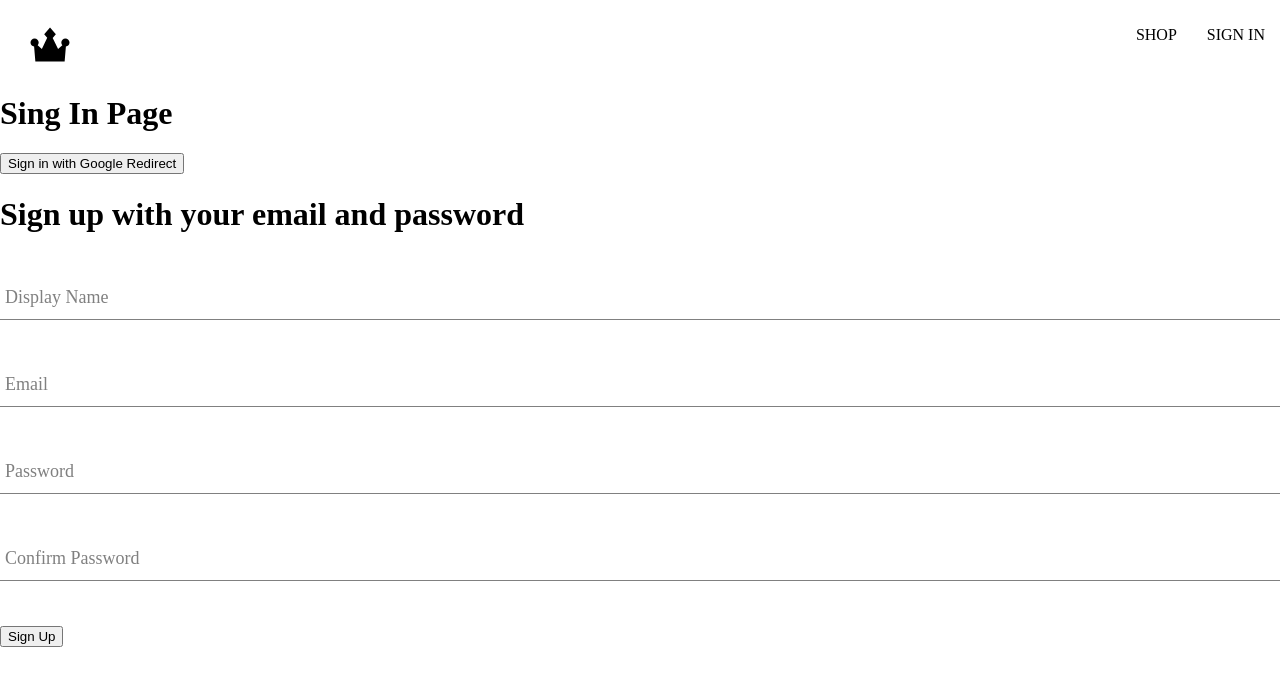
Repository: Chadi2000/crwn-clothing
Page: /signIn
These files come from the project's save history. The page is drawn as it stood at one moment and after a run of saves; the edit follows.
The browser window is 1280 px wide. The pictures show the whole page.
The project was rebuilt for these pictures with package versions that can differ from the ones it lists, and the page was loaded fresh each time. Also part of the build but not shown: src/categories.styles.scss, src/components/category-item/category-item.styles.scss, src/components/category-item/category-item.component.jsx, src/components/directory/directory.styles.scss, src/components/directory/directory.component.js, src/routes/home/home.component.jsx.

Above is the page before, as saved 2024-02-11 19:06:31.

### public/index.html
<!DOCTYPE html>
<html lang="en">
  <head>
    <meta charset="utf-8" />
    <link rel="icon" href="%PUBLIC_URL%/favicon.ico" />
    <meta name="viewport" content="width=device-width, initial-scale=1" />
    <meta name="theme-color" content="#000000" />
    <meta
      name="description"
      content="Web site created using create-react-app"
    />
    <link rel="apple-touch-icon" href="%PUBLIC_URL%/logo192.png" />
    <link rel="preconnect" href="https://fonts.googleapis.com">
    <link rel="preconnect" href="https://fonts.gstatic.com" crossorigin>
    <link
    href="https://fonts.googleapis.com/css2?family=Open+Sans:ital,wght@0,300..800;1,300..800&family=Roboto:wght@300&display=swap"
    rel="stylesheet">
    <!--
      manifest.json provides metadata used when your web app is installed on a
      user's mobile device or desktop. See https://developers.google.com/web/fundamentals/web-app-manifest/
    -->
    <link rel="manifest" href="%PUBLIC_URL%/manifest.json" />
    <!--
      Notice the use of %PUBLIC_URL% in the tags above.
      It will be replaced with the URL of the `public` folder during the build.
      Only files inside the `public` folder can be referenced from the HTML.

      Unlike "/favicon.ico" or "favicon.ico", "%PUBLIC_URL%/favicon.ico" will
      work correctly both with client-side routing and a non-root public URL.
      Learn how to configure a non-root public URL by running `npm run build`.
    -->
    <title>React App</title>
  </head>
  <body>
    <noscript>You need to enable JavaScript to run this app.</noscript>
    <div id="root"></div>
    <!--
      This HTML file is a template.
      If you open it directly in the browser, you will see an empty page.

      You can add webfonts, meta tags, or analytics to this file.
      The build step will place the bundled scripts into the <body> tag.

      To begin the development, run `npm start` or `yarn start`.
      To create a production bundle, use `npm run build` or `yarn build`.
    -->
  </body>
</html>

### src/index.scss
body {
  margin: 0;
  font-family: 'Open Sans'
    sans-serif;
    font-weight: 300 800;
  font-stretch: 100%;
  font-display: swap;
  -webkit-font-smoothing: antialiased;
  -moz-osx-font-smoothing: grayscale;
}

code {
  font-family: source-code-pro, Menlo, Monaco, Consolas, 'Courier New',
    monospace;
}

a{
  text-decoration: none;
  color: black;
}

* {
  box-sizing: border-box;
}

### src/App.js
import './categories.styles.scss';
import { Outlet } from 'react-router-dom';
import Directory from './components/directory/directory.component';
import Home from './routes/home/home.component';
import { Routes, Route } from 'react-router-dom';
import Navigation from './routes/navigation/navigation.component';
import SignIn from './routes/sign-in/sign-in.component';



const Shop =() =>{
  return(
    <h1>SHop from me</h1>
  )
}

const App = () => {


 return(
  <Routes>
    <Route path='/' element={<Navigation />}>
      <Route path='/' element={<Home />} />
      <Route path='shop' element={<Shop/>} />
      <Route path='/signIn' element= {<SignIn />} />

    </Route>

  </Routes>
 );
}

export default App;

### src/routes/navigation/navigation.component.jsx
import { Outlet, Link } from "react-router-dom"
import { Fragment } from "react";
import { ReactComponent as CrwnLogo } from "../../assets/crown.svg";
import './navigation.styles.scss';
const Navigation = () =>{
    return (
      <Fragment>
        <div className="navigation">
            <Link className="logo-container" to='/'>
                <CrwnLogo />
            </Link>

          <div className="nav-links-container">
            <Link className="nav-link"  to='/shop'>
                SHOP
            </Link>
            <Link className="nav-link"  to='/signIn'>
                SIGN IN
            </Link>
          </div>
        </div>
        <Outlet />
      </Fragment>
    )
  }

  export default Navigation;

### src/routes/sign-in/sign-in.component.jsx
import { useEffect } from "react";
import { getRedirectResult } from "firebase/auth";

import {
        auth,
        signInWithGooglePopup,
        signInWithGoogleRedirect ,
        createUserDocumentFromAuth
    } from "../../utils/firebase/firebase.utils";
import SignUpForm from "../../components/sign-up-form/sign-up-form.component";

const SignIn = () => {

    useEffect(() => {
        // Define an asynchronous function inside useEffect
        const fetchData = async () => {
          try {
            // You can await here
            const response = await getRedirectResult(auth);
            if(response){
                const userDocRef = await createUserDocumentFromAuth(response.user)
            }
          } catch (error) {
            console.error('Error fetching data:', error);
          }
        };

        // Call the asynchronous function immediately
        fetchData();

        // Specify dependencies if needed (empty array if not)
      }, []); // Add dependencies if needed


    const logGoogleUser = async () =>{
        const {user} = await signInWithGooglePopup();
        const userDocRef = await createUserDocumentFromAuth(user);

    }






    return(
        <div>
            <h1>Sing In Page</h1>
            {/* <button onClick={logGoogleUser}>
                Sign in with Google Popup
            </button> */}
            <button onClick={signInWithGoogleRedirect}>
                Sign in with Google Redirect
            </button>
            <SignUpForm />
        </div>
    )
}

export default SignIn;

### src/routes/navigation/navigation.styles.scss
.navigation{
    height: 70px;
    width: 100%;
    display: flex;
    justify-content: space-between;
    margin-bottom: 25px;

    .logo-container{
        height: 100%;
        width: 70px;
        padding: 25px;
        -webkit-box-align: center;
        align-items: center;
        justify-content: center;
    }
    .nav-links-container{
        width: 50%;
        height: 100%;
        -webkit-box-align: center;
        align-items: center;
        -webkit-box-pack: end;
        display: flex;
        justify-content: flex-end;
        .nav-link{
            padding: 10px 15px;
            cursor: pointer;
        }
    }


}

### src/utils/firebase/firebase.utils.js
import {initializeApp} from 'firebase/app';
import {
     getAuth,
     signInWithRedirect,
     signInWithPopup,
     GoogleAuthProvider,
     createUserWithEmailAndPassword
    } from 'firebase/auth';

import {
    getFirestore,
    doc,
    getDoc,
    setDoc
}  from'firebase/firestore'

const firebaseConfig = {
    apiKey: "AIzaSyCFm4naOY8EzymqmFzu3h2__lM1anMpCoU",
    authDomain: "crwn-clothing-db-ab0ad.firebaseapp.com",
    projectId: "crwn-clothing-db-ab0ad",
    storageBucket: "crwn-clothing-db-ab0ad.appspot.com",
    messagingSenderId: "89349111223",
    appId: "1:89349111223:web:714444d59a5d8bfdf53c32"
  };

  // Initialize Firebase
  const firebaseApp = initializeApp(firebaseConfig);
  const googleProvider = new GoogleAuthProvider();

  googleProvider.setCustomParameters({
    prompt: "select_account"
  })

  export const auth = getAuth();
  export const signInWithGooglePopup = () =>
   signInWithPopup(auth, googleProvider);
  export const signInWithGoogleRedirect =()=>
   signInWithRedirect(auth, googleProvider)

  export const db = getFirestore();
  export const createUserDocumentFromAuth = async (
    userAuth,
    additionalInformation={}
    )=>{
    if(!userAuth) return ;
    const userDocRef = doc(db,'users',userAuth.uid )

    console.log(userDocRef);

    const userSnapshot = await getDoc(userDocRef);
    console.log(userSnapshot);
    console.log(userSnapshot.exists());

    if(!userSnapshot.exists()){
        const {displayName , email} = userAuth;
        const createdAt = new Date();

        try{
            await setDoc(userDocRef, {
                displayName,
                email,
                createdAt,
                ...additionalInformation
            })
        }catch(error){
            console.log('error creating the user', error.message)
        }
    }

    return userDocRef;
  }

  export const createAuthUserWithEmailAndPassword = async (email, password)=>{
    if(!email || !password) return;
    return await createUserWithEmailAndPassword(auth, email, password)
  };

### src/components/sign-up-form/sign-up-form.component.jsx
import { useState } from "react";
import { createAuthUserWithEmailAndPassword, createUserDocumentFromAuth } from "../../utils/firebase/firebase.utils";
import FormInput from "../form-input/form-input.component";

const defaultFormFields ={
    displayName: '',
    email:'',
    password:'',
    confirmPassword: ''
}

const SignUpForm =() =>{

    const [formFields, setFormFields] = useState(defaultFormFields);
    const { displayName, email, password, confirmPassword} = formFields;

    console.log(formFields);

    const resetFormFields = () =>{
        setFormFields(defaultFormFields);
    }

    const handleSubmit = async(event) =>{
        event.preventDefault();

        if(password != confirmPassword){
            alert("password do not match");
            return;
        }

        try{
            const {user} = await createAuthUserWithEmailAndPassword(email, password);

            await createUserDocumentFromAuth(user,{ displayName });
            resetFormFields();


        }catch(error){
            if(error.code ==  'auth/email-already-in-use'){
                alert('Cannot create user, email already in use');
            } else{
                console.log('user created encountered an error', error);
            }

        }
    }



    const handlechange = (event) =>{

        setFormFields({...formFields, [event.target.name]:event.target.value})
    }

    return (


        <div>
            <h1>Sign up with your email and password</h1>
            <form onSubmit={handleSubmit}>
                <FormInput
                label="Display Name" type="text" required onChange={handlechange}
                 name="displayName" value={displayName} />

                <FormInput
                  label="Email" type="email" required onChange={handlechange}
                  name="email" value={email} />

                <FormInput type="password" required onChange={handlechange}
                label="Password" name="password" value={password} />

                <FormInput type="password" required onChange={handlechange}
                 label="Confirm Password" name="confirmPassword" value={confirmPassword} />

                <button type="submit">Sign Up</button>
            </form>
        </div>
    )
}

export default SignUpForm;

### src/components/form-input/form-input.component.jsx
import './form-input.styles.scss';


const FormInput = ({label, ...otherProps}) =>{
    return (
        <div className="group">
            <input className="form-input" {...otherProps} />
            {
                label &&(
            <label className={`${otherProps.value.length ? 'shrink': ''}
            form-input-label`}>{label}</label>)}



        </div>

    )
}
export default FormInput;

### src/components/form-input/form-input.styles.scss
$sub-color: grey;
$main-color: black;

@mixin shrinkLabel{
    top: -14px;
    font-size: 12px;
    color:$main-color ;
}

.group{
    position: relative;
    margin: 45px 0;
    .form-input{
        background: none;
        background-color: white;
        color:$sub-color;
        font-size: 18px;
        padding: 10px 10px 10px 5px;
        display: block;
        width: 100%;
        border: none;
        border-radius: 0;
        border-bottom: 1px solid $sub-color;
        border-top: none;
        border-right: none;
        border-left: none;
        margin: 25px 0;

        &:focus{
            outline: none;
        }
        &:focus ~ .form-input-label{
            @include shrinkLabel();
        }
    }

    input[type='password']{
        letter-spacing: 0.3em;
    }

    .form-input-label{
        color: $sub-color;
        font-size: 18px;
        font-weight: normal;
        position: absolute;
        pointer-events: none;
        left: 5px;
        top: 10px;
        transition: all 300ms ease 0s;
        line-height: 1;
        &.shrink{
            @include shrinkLabel()
        }

    }


}

Loaded but not shown: src/index.js (common file); src/reportWebVitals.js (common file)

After the next 2 saves:
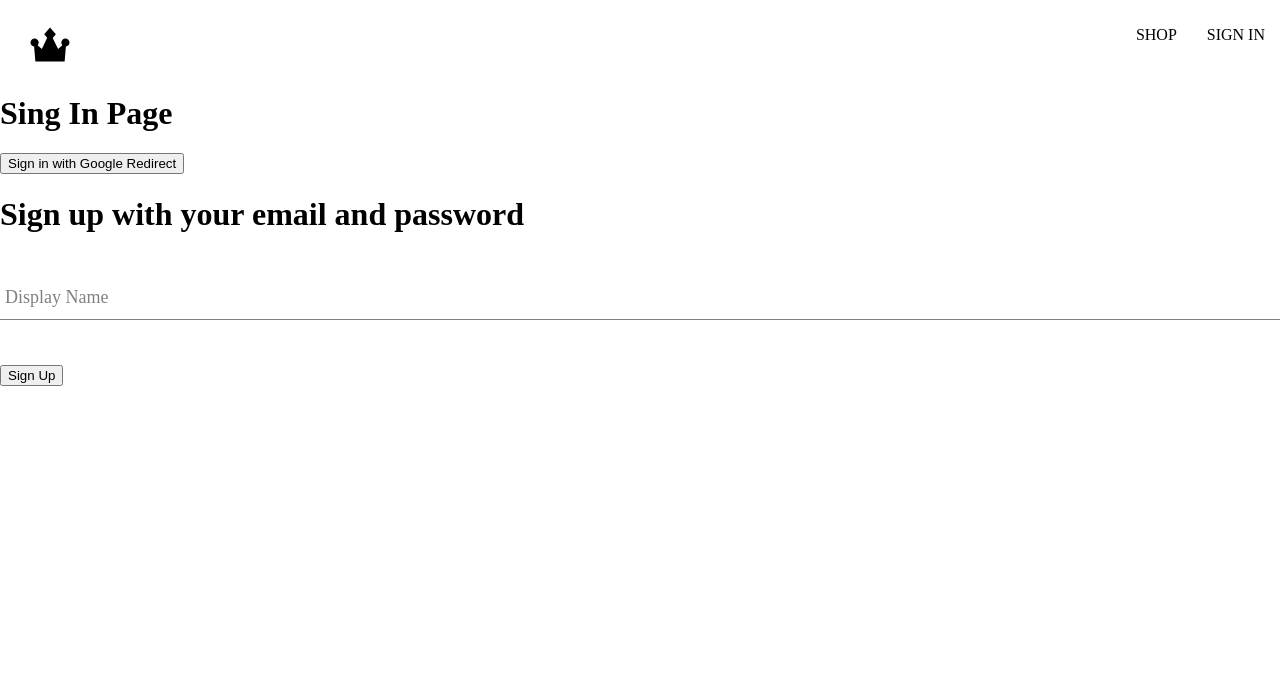
The 2 saves are shown as one change because 1 did not build or start.
The last was saved 7 min 23 s later.
--- a/src/components/sign-up-form/sign-up-form.component.jsx
+++ b/src/components/sign-up-form/sign-up-form.component.jsx
@@ -59,10 +59,17 @@
             <h1>Sign up with your email and password</h1>
             <form onSubmit={handleSubmit}>
                 <FormInput
-                label="Display Name" type="text" required onChange={handlechange}
-                 name="displayName" value={displayName} />
+                label="Display Name"
+                inputOptions = {{
+                    type:"text",
+                    required:true,
+                    onChange:handlechange,
+                    name:"displayName",
+                    value : displayName,
+                    }}
+                     />
 
-                <FormInput
+                {/* <FormInput
                   label="Email" type="email" required onChange={handlechange}
                   name="email" value={email} />
 
@@ -70,7 +77,7 @@
                 label="Password" name="password" value={password} />
 
                 <FormInput type="password" required onChange={handlechange}
-                 label="Confirm Password" name="confirmPassword" value={confirmPassword} />
+                 label="Confirm Password" name="confirmPassword" value={confirmPassword} /> */}
 
                 <button type="submit">Sign Up</button>
             </form>
--- a/src/components/form-input/form-input.component.jsx
+++ b/src/components/form-input/form-input.component.jsx
@@ -1,13 +1,13 @@
 import './form-input.styles.scss';
 
 
-const FormInput = ({label, ...otherProps}) =>{
+const FormInput = ({label, inputOptions}) =>{
     return (
         <div className="group">
-            <input className="form-input" {...otherProps} />
+            <input className="form-input" {...inputOptions} />
             {
                 label &&(
-            <label className={`${otherProps.value.length ? 'shrink': ''}
+            <label className={`${inputOptions.value.length ? 'shrink': ''}
             form-input-label`}>{label}</label>)}
 
 

After the save that followed:
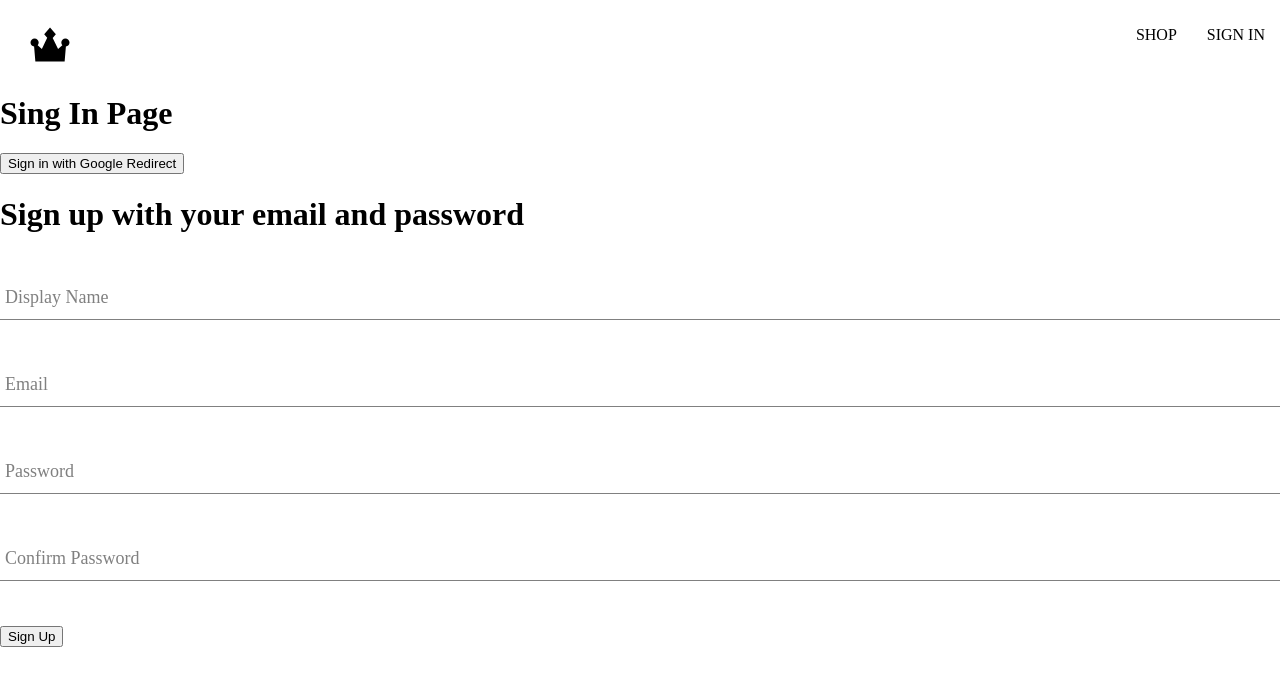
Saved 6 min 57 s later.
--- a/src/components/sign-up-form/sign-up-form.component.jsx
+++ b/src/components/sign-up-form/sign-up-form.component.jsx
@@ -69,14 +69,41 @@
                     }}
                      />
 
-                {/* <FormInput
-                  label="Email" type="email" required onChange={handlechange}
-                  name="email" value={email} />
+                <FormInput
+                label="Email"
+                inputOptions = {{
+                    type:"email",
+                    required:true,
+                    onChange:handlechange,
+                    name:"email",
+                    value : email,
+                    }}
+                     />
 
-                <FormInput type="password" required onChange={handlechange}
-                label="Password" name="password" value={password} />
+                <FormInput
+                label="Password"
+                inputOptions = {{
+                    type:"password",
+                    required:true,
+                    onChange:handlechange,
+                    name:"password",
+                    value : password,
+                    }}
+                     />
 
-                <FormInput type="password" required onChange={handlechange}
+                <FormInput
+                label="Confirm Password"
+                inputOptions = {{
+                    type:"password",
+                    required:true,
+                    onChange:handlechange,
+                    name:"confirmPassword",
+                    value : confirmPassword,
+                    }}
+                     />
+
+
+                {/*<FormInput type="password" required onChange={handlechange}
                  label="Confirm Password" name="confirmPassword" value={confirmPassword} /> */}
 
                 <button type="submit">Sign Up</button>
